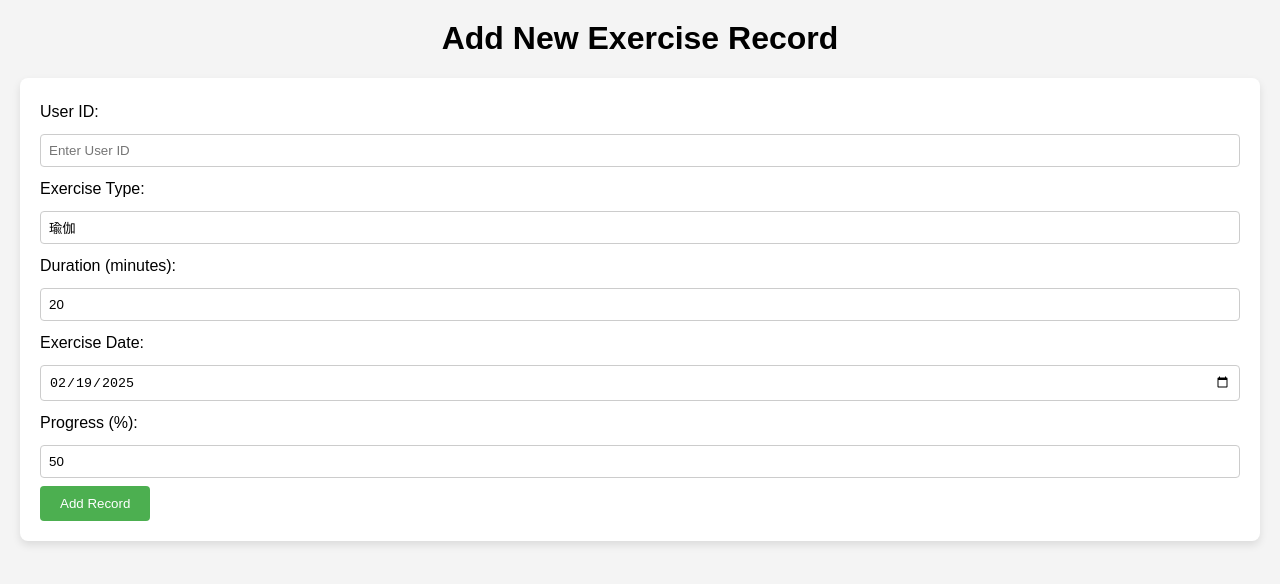
Repository: zilxhasu/eeit94-topic2
Page: http://localhost/topic2/jsp/fitness/addExerciseRecord.jsp
An editor plug-in stored every save of this project. The page is shown before and after the next save, followed by the edit.
The browser window is 1280 px wide. The pictures show the whole page.
The page is served by Tomcat 10. Nobody is signed in. The application's start-up code is not run. Other server files are loaded and not shown.

Above is the page before, as saved 2025-02-22 10:08:05.

### topic2/src/main/webapp/jsp/fitness/addExerciseRecord.jsp
<%@ page language="java" contentType="text/html; charset=UTF-8" pageEncoding="UTF-8"%>
<%@ taglib prefix="c" uri="http://java.sun.com/jsp/jstl/core" %>

<!DOCTYPE html>
<html lang="en">
<head>
    <meta charset="UTF-8">
    <meta name="viewport" content="width=device-width, initial-scale=1.0">
    <title>Add Exercise Record</title>
    <style>
        /* 表單樣式 */
        body {
            font-family: Arial, sans-serif;
            background-color: #f4f4f4;
            margin: 0;
            padding: 0;
        }

        h1 {
            text-align: center;
            margin-top: 20px;
        }

        form {
            margin: 20px;
            background-color: #fff;
            padding: 20px;
            border-radius: 8px;
            box-shadow: 0 4px 8px rgba(0, 0, 0, 0.1);
        }

        label {
            display: block;
            margin: 5px 0;
        }

        input, select {
            width: 100%;
            padding: 8px;
            margin: 8px 0;
            box-sizing: border-box;
            border-radius: 4px;
            border: 1px solid #ccc;
        }

        button {
            padding: 10px 20px;
            background-color: #4CAF50;
            color: white;
            border: none;
            border-radius: 4px;
            cursor: pointer;
        }

        button:hover {
            background-color: #45a049;
        }
    </style>
</head>
<body>

    <h1>Add New Exercise Record</h1>

    <!-- 用戶輸入 User ID 並添加運動紀錄 -->
    <form action="../ExerciseRecordServlet" method="post">
        <input type="hidden" name="action" value="add">

        <label for="userId">User ID:</label>
        <input type="number" name="userId" required placeholder="Enter User ID">

        <label for="exerciseType">Exercise Type:</label>
        <input type="text" name="exerciseType" required placeholder="Enter Exercise Type" value="瑜伽">

        <label for="exerciseDuration">Duration (minutes):</label>
        <input type="number" name="exerciseDuration" required placeholder="Enter Duration" value="20">

        <label for="exerciseDate">Exercise Date:</label>
        <input type="date" name="exerciseDate" required id="exerciseDate">

        <label for="progressPercentage">Progress (%):</label>
        <input type="number" name="progressPercentage" required placeholder="Enter Progress" value="50">

        <button type="submit">Add Record</button>
    </form>

    <script>
        // 獲取當天日期
        const today = new Date().toISOString().split('T')[0]; // 轉換為 'YYYY-MM-DD' 格式
        document.getElementById('exerciseDate').value = today; // 設置為 input 的預設值
    </script>

</body>
</html>

After the next save:
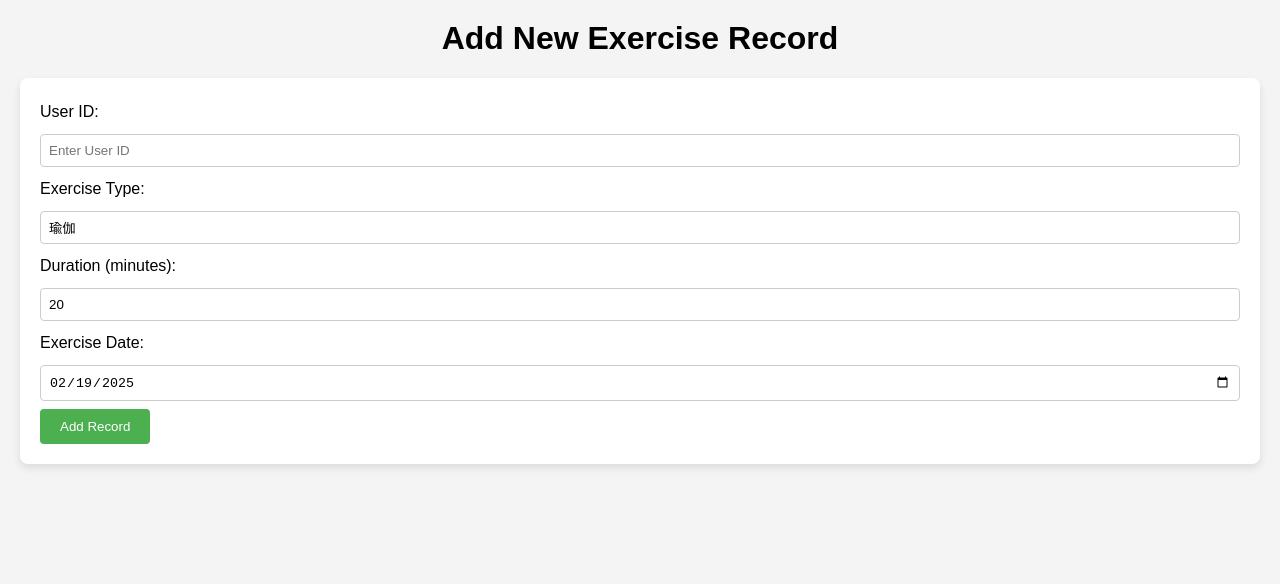
Saved 34 s later.
--- a/topic2/src/main/webapp/jsp/fitness/addExerciseRecord.jsp
+++ b/topic2/src/main/webapp/jsp/fitness/addExerciseRecord.jsp
@@ -77,9 +77,6 @@
         <label for="exerciseDate">Exercise Date:</label>
         <input type="date" name="exerciseDate" required id="exerciseDate">
 
-        <label for="progressPercentage">Progress (%):</label>
-        <input type="number" name="progressPercentage" required placeholder="Enter Progress" value="50">
-
         <button type="submit">Add Record</button>
     </form>
 
